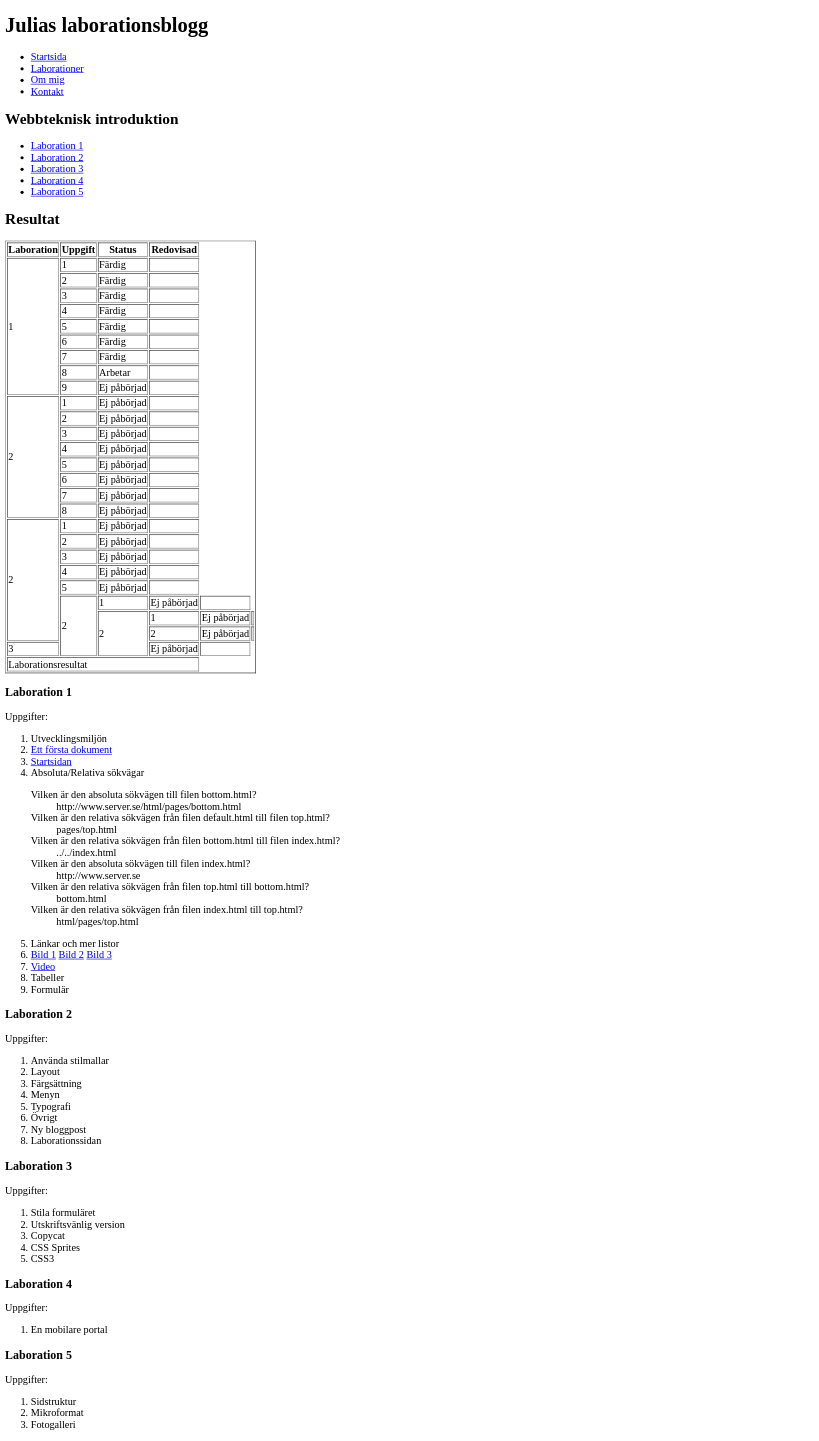
Repository: jk222rp/1ik415-laborationer-2014
Page: pages/laborationer.html
The author's editor kept a record of every edit. The page is drawn from the files as they stood at one moment, then again after the next edit.
The browser window is 1280 px wide. The pictures show the whole page, at 64% of full size.

Above is the page before.

### pages/laborationer.html
<!doctype html>
<html lang="sv">
    <head>
        <meta charset="utf-8" />
        <title>Julias laborationsblogg</title>
    </head>

    <body>
        <h1>Julias laborationsblogg</h1>

<!--Menu-->
        <ul>
            <li><a href="../index.html">Startsida</a></li>
            <li><a href="laborationer.html">Laborationer</a></li>
            <li><a href="presentation.html">Om mig</a></li>
            <li><a href="kontakt.html">Kontakt</a></li>
        </ul>

<!--Lab presentation - Webbteknisk introduktion-->
        <h2>Webbteknisk introduktion</h2>

        <ul>
            <li><a href="#Lab1">Laboration 1</a></li>
            <li><a href="#Lab2">Laboration 2</a></li>
            <li><a href="#Lab3">Laboration 3</a></li>
            <li><a href="#Lab4">Laboration 4</a></li>
            <li><a href="#Lab5">Laboration 5</a></li>
        </ul>

<!--Table start-->
        <h2>Resultat</h2>
        <table border="1">
            <thead>
                <tr>
                    <th>Laboration</th>
                    <th>Uppgift</th>
                    <th>Status</th>
                    <th>Redovisad</th>
                </tr>
            </thead>
            <tfoot>
                <tr>
                    <td colspan="4">
                        Laborationsresultat
                    </td>
                </tr>
            </tfoot>
    <!--Lab 1-->
            <tbody>
                <tr>
                    <td rowspan="9">1</td>
                    <td>1</td>
                    <td>Färdig</td>
                    <td></td>
                </tr>
                <tr>
                    <td>2</td>
                    <td>Färdig</td>
                    <td></td>
                </tr>
                <tr>
                    <td>3</td>
                    <td>Färdig</td>
                    <td></td>
                </tr>
                <tr>
                    <td>4</td>
                    <td>Färdig</td>
                    <td></td>
                </tr>
                <tr>
                    <td>5</td>
                    <td>Färdig</td>
                    <td></td>
                </tr>
                <tr>
                    <td>6</td>
                    <td>Färdig</td>
                    <td></td>
                </tr>
                <tr>
                    <td>7</td>
                    <td>Färdig</td>
                    <td></td>
                </tr>
                <tr>
                    <td>8</td>
                    <td>Arbetar</td>
                    <td></td>
                </tr>
                <tr>
                    <td>9</td>
                    <td>Ej påbörjad</td>
                    <td></td>
                </tr>
    <!--Lab 2-->
                <tr>
                    <td rowspan="8">2</td>
                    <td>1</td>
                    <td>Ej påbörjad</td>
                    <td></td>
                </tr>
                <tr>
                    <td>2</td>
                    <td>Ej påbörjad</td>
                    <td></td>
                </tr>
                <tr>
                    <td>3</td>
                    <td>Ej påbörjad</td>
                    <td></td>
                </tr>
                <tr>
                    <td>4</td>
                    <td>Ej påbörjad</td>
                    <td></td>
                </tr>
                <tr>
                    <td>5</td>
                    <td>Ej påbörjad</td>
                    <td></td>
                </tr>
                <tr>
                    <td>6</td>
                    <td>Ej påbörjad</td>
                    <td></td>
                </tr>
                <tr>
                    <td>7</td>
                    <td>Ej påbörjad</td>
                    <td></td>
                </tr>
                <tr>
                    <td>8</td>
                    <td>Ej påbörjad</td>
                    <td></td>
                </tr>
    <!--Lab 3-->
                <tr>
                    <td rowspan="8">2</td>
                    <td>1</td>
                    <td>Ej påbörjad</td>
                    <td></td>
                </tr>
                <tr>
                    <td>2</td>
                    <td>Ej påbörjad</td>
                    <td></td>
                </tr>
                <tr>
                    <td>3</td>
                    <td>Ej påbörjad</td>
                    <td></td>
                </tr>
                <tr>
                    <td>4</td>
                    <td>Ej påbörjad</td>
                    <td></td>
                </tr>
                <tr>
                    <td>5</td>
                    <td>Ej påbörjad</td>
                    <td></td>
                </tr>
    <!--Lab 4-->
                <tr>
                    <td rowspan="8">2</td>
                    <td>1</td>
                    <td>Ej påbörjad</td>
                    <td></td>
                </tr>
    <!--Lab 5-->
                <tr>
                    <td rowspan="8">2</td>
                    <td>1</td>
                    <td>Ej påbörjad</td>
                    <td></td>
                </tr>
                <tr>
                    <td>2</td>
                    <td>Ej påbörjad</td>
                    <td></td>
                </tr>
                <tr>
                    <td>3</td>
                    <td>Ej påbörjad</td>
                    <td></td>
                </tr>
            </tbody>
        </table>

        <h3 id="Lab1">Laboration 1</h3>
        <p>Uppgifter:</p>
        <ol>
            <li>Utvecklingsmiljön</li>
            <li><a href="presentation.html">Ett första dokument</a></li>
            <li><a href="../index.html">Startsidan</a></li>
            <li>Absoluta/Relativa sökvägar
                <dl>
                    <dt>Vilken är den absoluta sökvägen till filen bottom.html?</dt>
                    <dd>http://www.server.se/html/pages/bottom.html</dd>
                    <dt>Vilken är den relativa sökvägen från filen default.html till filen top.html?</dt>
                    <dd>pages/top.html</dd>
                    <dt>Vilken är den relativa sökvägen från filen bottom.html till filen index.html?</dt>
                    <dd>../../index.html</dd>
                    <dt>Vilken är den absoluta sökvägen till filen index.html?</dt>
                    <dd>http://www.server.se</dd>
                    <dt>Vilken är den relativa sökvägen från filen top.html till bottom.html?</dt>
                    <dd>bottom.html</dd>
                    <dt>Vilken är den relativa sökvägen från filen index.html till top.html?</dt>
                    <dd>html/pages/top.html</dd>
                </dl>
            </li>
            <li>Länkar och mer listor</li>
            <li><a href="presentation.html#horse">Bild 1</a> <a href="../pics/logotyp.png">Bild 2</a> <a href="../index.html#cookie">Bild 3</a></li>
            <li><a href="../index.html#video">Video</a></li>
            <li>Tabeller</li>
            <li>Formulär</li>
        </ol>

        <h3 id="Lab2">Laboration 2</h3>
        <p>Uppgifter:</p>
        <ol>
            <li>Använda stilmallar</li>
            <li>Layout</li>
            <li>Färgsättning</li>
            <li>Menyn</li>
            <li>Typografi</li>
            <li>Övrigt</li>
            <li>Ny bloggpost</li>
            <li>Laborationssidan</li>
        </ol>

        <h3 id="Lab3">Laboration 3</h3>
        <p>Uppgifter:</p>
        <ol>
            <li>Stila formuläret</li>
            <li>Utskriftsvänlig version</li>
            <li>Copycat</li>
            <li>CSS Sprites</li>
            <li>CSS3</li>
        </ol>

        <h3 id="Lab4">Laboration 4</h3>
        <p>Uppgifter:</p>
        <ol>
            <li>En mobilare portal</li>
        </ol>

        <h3 id="Lab5">Laboration 5</h3>
        <p>Uppgifter:</p>
        <ol>
            <li>Sidstruktur</li>
            <li>Mikroformat</li>
            <li>Fotogalleri</li>
        </ol>

    </body>
</html>

After the next edit:
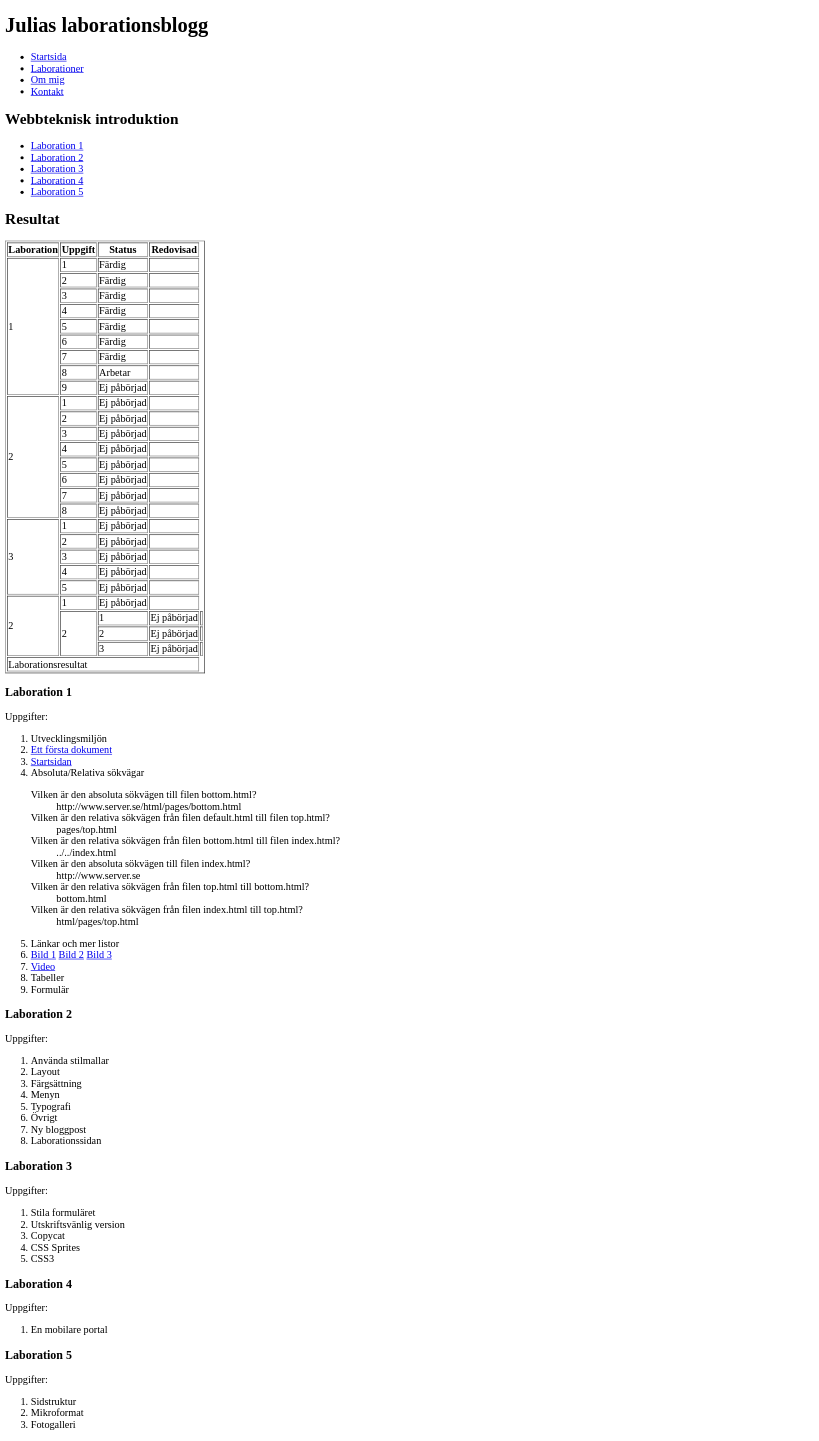
The edit:
--- a/pages/laborationer.html
+++ b/pages/laborationer.html
@@ -137,7 +137,7 @@
                 </tr>
     <!--Lab 3-->
                 <tr>
-                    <td rowspan="8">2</td>
+                    <td rowspan="5">3</td>
                     <td>1</td>
                     <td>Ej påbörjad</td>
                     <td></td>
